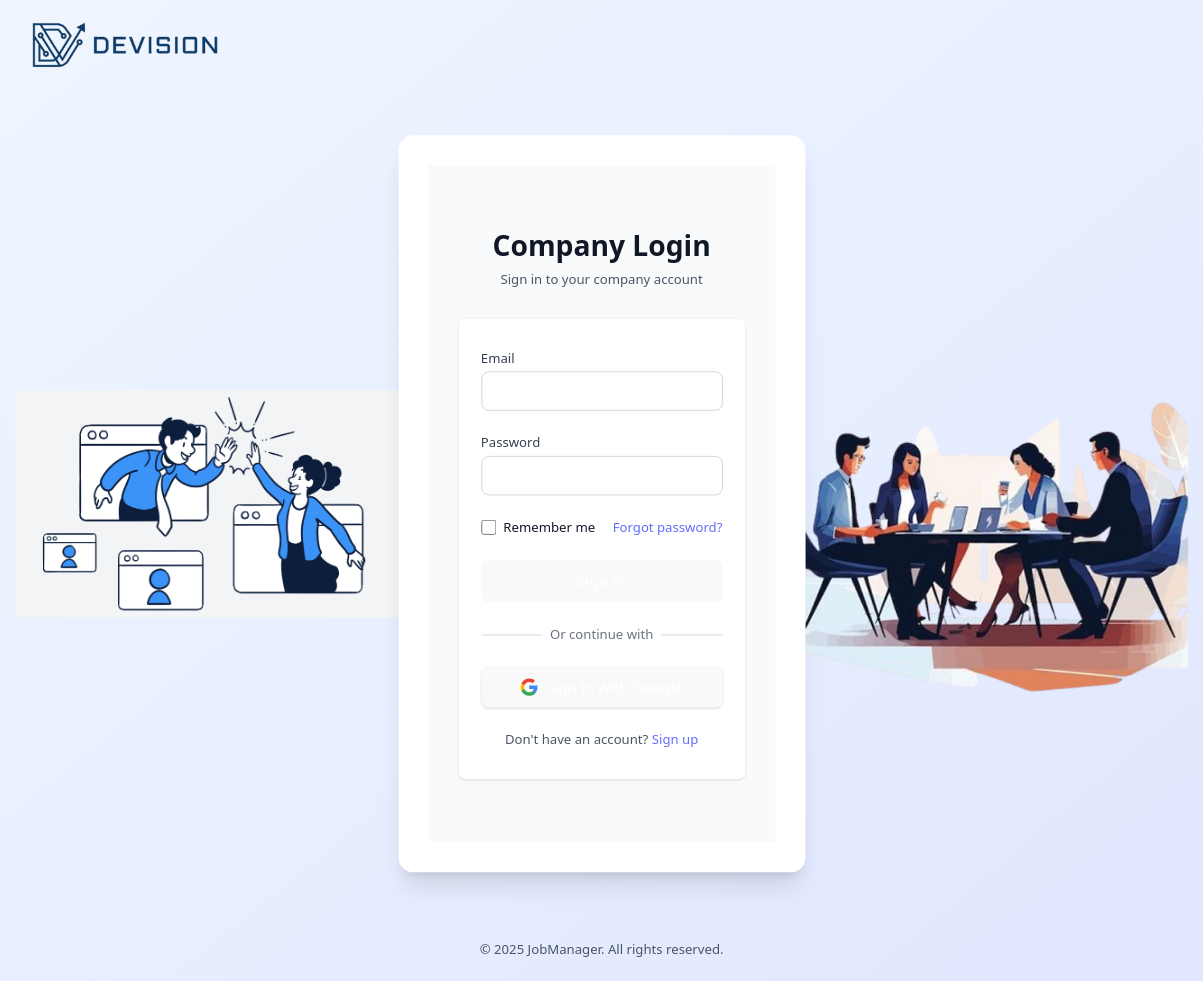
Repository: ISYS3461-2025C-Mulan-DEVision/JobManager_FE
Page: /login
The author's editor kept a copy of each file at every save. The page is drawn from the files as they stood at one save, then again after the next save.
The browser window is 1280 px wide. The pictures show the whole page, at 94% of full size.
The project was rebuilt for these pictures with package versions that can differ from the ones it lists, and the page was loaded fresh each time. Also part of the build but not shown: vite.config.js, src/pages/Home.tsx, src/components/headless/Table/Table.tsx, src/components/headless/Modal/Modal.tsx, src/components/ui/Card/Card.tsx, src/components/ui/Spinner/Spinner.tsx, src/components/ui/Alert/Alert.tsx.

Above is the page before, as saved 2025-12-12 12:05:49.

After the next save:
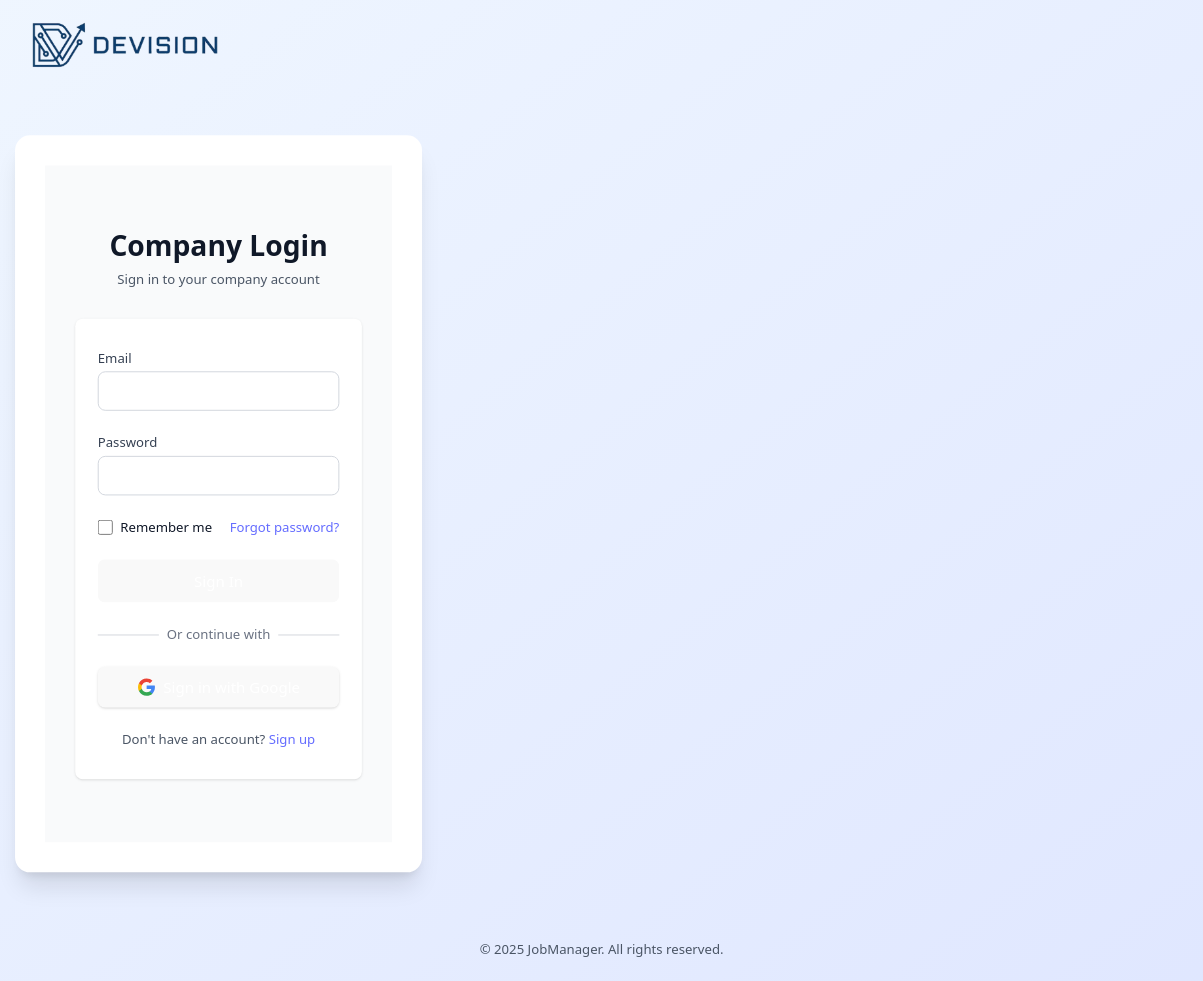
Saved 31 s later.
--- a/src/layout/AuthLayout.tsx
+++ b/src/layout/AuthLayout.tsx
@@ -20,9 +20,9 @@
 
             {/* Centered Content Panel */}
             <main className="flex-1 flex flex-row px-4 py-12">
-                <div className="flex-1 flex items-center justify-center">
+                {/* <div className="flex-1 flex items-center justify-center">
                     <img src="/auth/background-login-left.png" alt="Left background" className="h-150 w-150 object-contain" />
-                </div>
+                </div> */}
                 <div className="flex items-center justify-center flex-shrink-0">
                     <div className="w-full max-w-xl">
                         {/* Card wrapper for the form */}
@@ -31,9 +31,9 @@
                         </div>
                     </div>
                 </div>
-                <div className="flex-1 flex items-center justify-center">
+                {/* <div className="flex-1 flex items-center justify-center">
                     <img src="/auth/background-login-right.png" alt="Right background" className="h-150 w-150 object-contain" />
-                </div>
+                </div> */}
             </main>
 
             {/* Simple Footer - Copyright only */}
